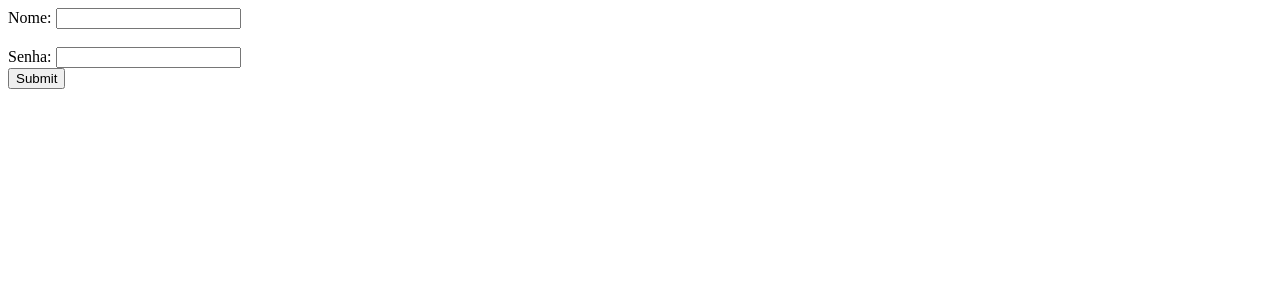
Repository: vandradesa/JavaWeb
Page: javaweb curso/Web2/src/main/webapp/Login.html
An editor plug-in stored every save of this project. The page is shown before and after the next save, followed by the edit.
The browser window is 1280 px wide. The pictures show the whole page.

Above is the page before, as saved 2023-03-03 01:41:47.

### javaweb curso/Web2/src/main/webapp/Login.html
<!DOCTYPE html>
<html>
<head>
<meta charset="ISO-8859-1">
<title>Insert title here</title>
</head>
<body>
		<form action="Login" method="POST">
		<div>
			<label for = "nome">Nome:</label>
			<input type="text" name="nome"/>
		</div><br>

		<div>
			<label for = "senha">Senha:</label>
			<input type="text" name="senha"/>
		</div>

		<div>
			<input type="submit" />
		</div>

	</form>

</body>
</html>

After the next save:
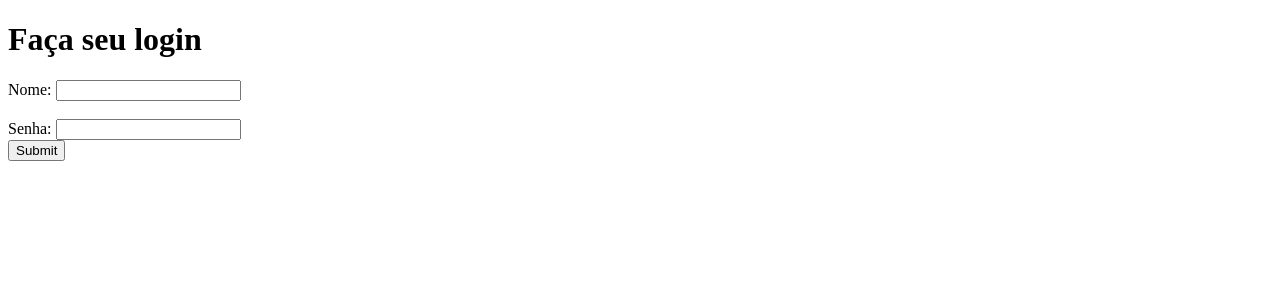
Saved 46 s later.
--- a/javaweb curso/Web2/src/main/webapp/Login.html
+++ b/javaweb curso/Web2/src/main/webapp/Login.html
@@ -2,10 +2,12 @@
 <html>
 <head>
 <meta charset="ISO-8859-1">
-<title>Insert title here</title>
+<title>Página de Login</title>
 </head>
 <body>
+	<h1>Faça seu login</h1>
 		<form action="Login" method="POST">
+
 		<div>
 			<label for = "nome">Nome:</label>
 			<input type="text" name="nome"/>
